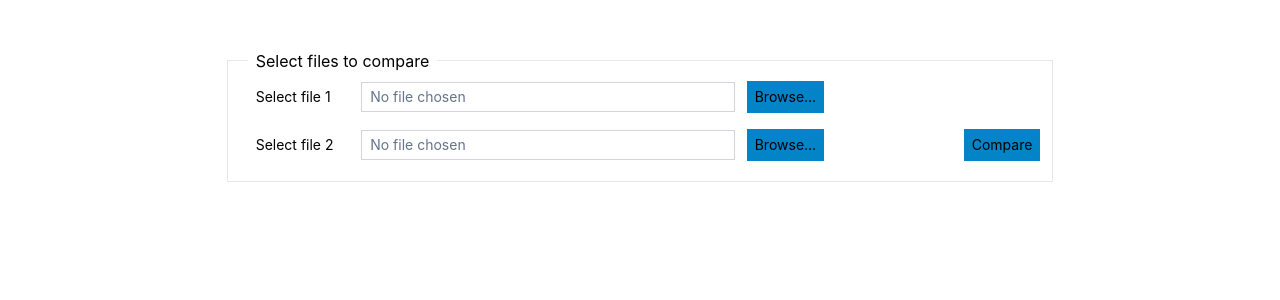
Repository: chionye/paymentology-front
Page: /
These files come from the project's save history. The page is drawn as it stood at one moment and after the next save; the edit follows.
The browser window is 1280 px wide. The pictures show the whole page.
The project was rebuilt for these pictures with package versions that can differ from the ones it lists, and the page was loaded fresh each time.

Above is the page before, as saved 2022-03-16 13:43:16.

After the next save:
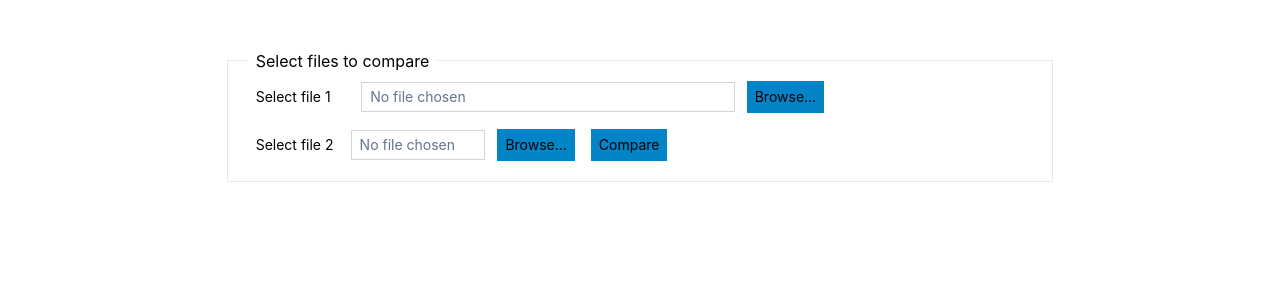
Saved 15 s later.
--- a/src/components/CompareFiles.js
+++ b/src/components/CompareFiles.js
@@ -10,7 +10,7 @@
                 <InputFile file={"Select file 1"} />
                 <div className="flex flex-col md:flex-row md:items-center md:justify-between">
                     <InputFile file={"Select file 2"} />
-                    <div>
+                    <div className="w-full">
                     <Button label={"Compare"} />
                     </div>
 

After the 2 saves that followed:
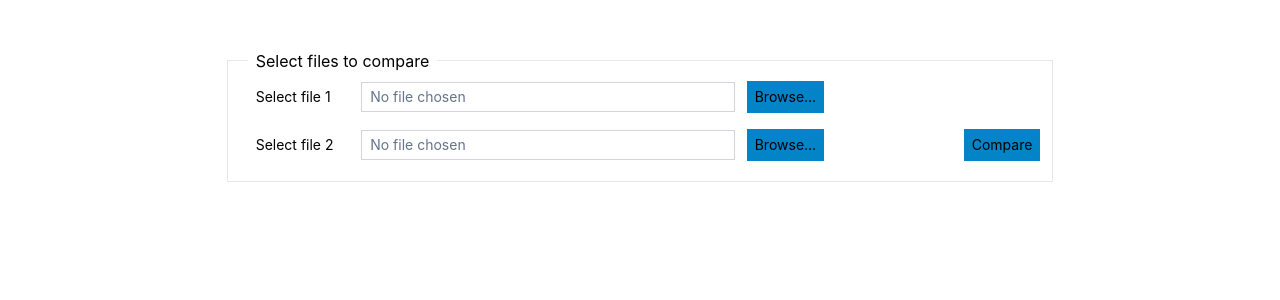
The 2 saves are shown as one change because they came seconds apart.
The last was saved 10 s later.
--- a/src/components/CompareFiles.js
+++ b/src/components/CompareFiles.js
@@ -10,7 +10,7 @@
                 <InputFile file={"Select file 1"} />
                 <div className="flex flex-col md:flex-row md:items-center md:justify-between">
                     <InputFile file={"Select file 2"} />
-                    <div className="w-full">
+                    <div className="my-">
                     <Button label={"Compare"} />
                     </div>
 
